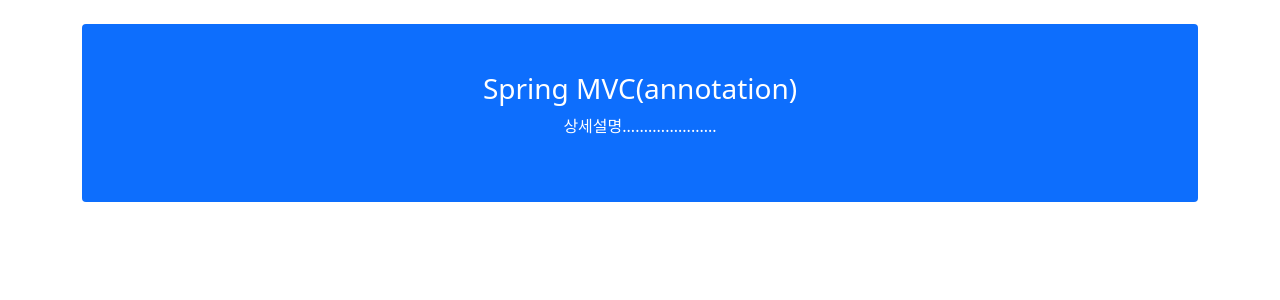
Repository: minokki/mino
Page: http://localhost/lec03_mvc/
An editor plug-in stored every save of this project. The page is shown before and after the next save, followed by the edit.
The browser window is 1280 px wide. The pictures show the whole page.
Some web libraries are served in a nearby version. The page is served by Tomcat 9.

Above is the page before, as saved 2022-12-28 00:40:01.

After the next save:
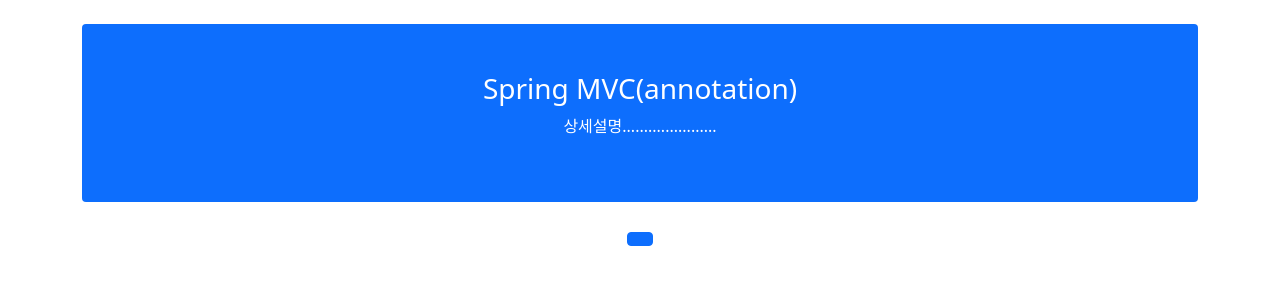
Saved 16 s later.
--- a/spring/lec03_mvc/src/main/webapp/index.jsp
+++ b/spring/lec03_mvc/src/main/webapp/index.jsp
@@ -21,7 +21,7 @@
       </div>
       <br>
 
-      <a href="login.do" class="btn btn "></a>
+      <a href="login.do" class="btn btn-primary "></a>
    </div>
 </body>
 </html>
